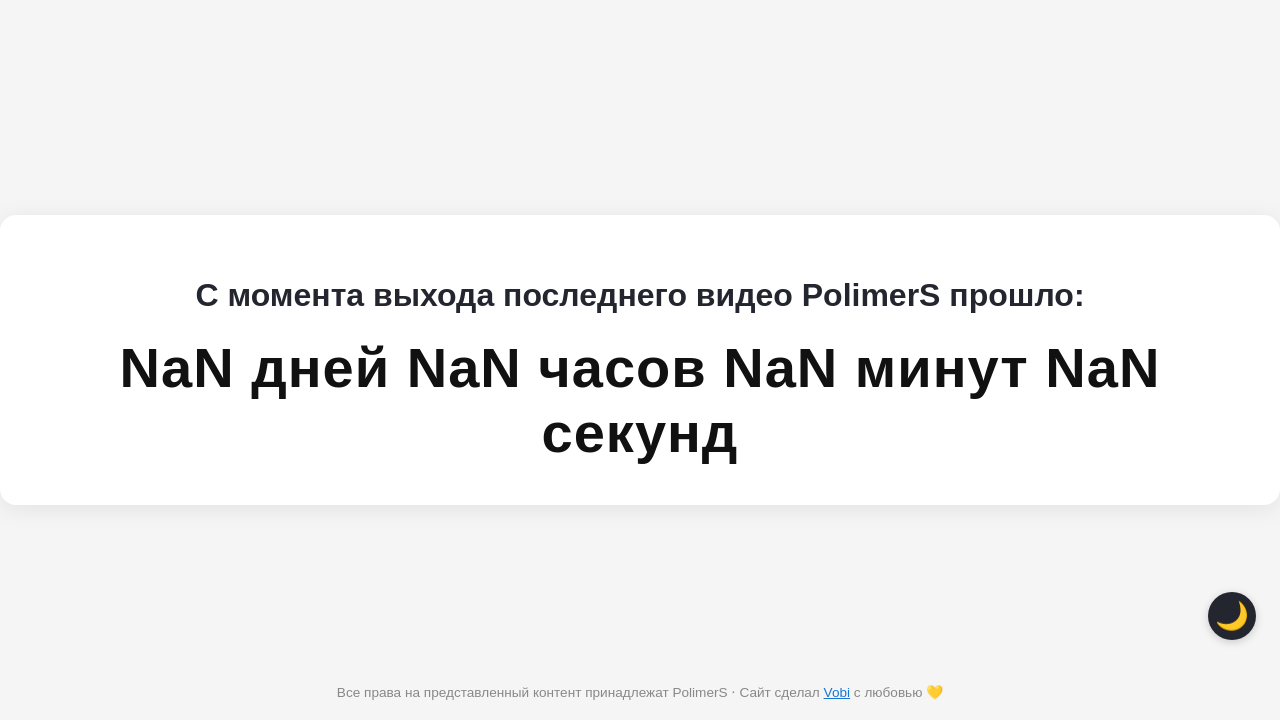
Repository: oncube-dev/OnCube-dev_website
Page: timer_from_Poli_video/app/templates/index.html
These files come from the project's save history. The page is drawn as it stood at one moment and after the next save; the edit follows.
The browser window is 1280 px wide. The pictures show the whole page.

Above is the page before, as saved 2025-07-18 01:36:47.

### timer_from_Poli_video/app/templates/index.html
<!DOCTYPE html>
<html lang="ru">
<head>
    <meta charset="UTF-8">
    <title>Платон, когда видео?</title>
    <link rel="stylesheet" href="/static/style.css">
</head>
<body>
    <div class="timer-container">
        <h1>С момента выхода последнего видео PolimerS прошло:</h1>
        <div id="timer">Загрузка...</div>
    </div>
    <button id="theme-toggle" class="theme-toggle-btn" title="Переключить тему">🌙</button>
    <footer class="footer-note">
        Все права на представленный контент принадлежат PolimerS ⋅ Сайт сделал <a href="https://vobi.bio.link/" target="_blank" style="text-decoration:underline;">Vobi</a> с любовью 💛
    </footer>
    <script>
        // Получаем стартовую дату из шаблона
        const startDate = new Date("{{ start_date }}");
        function updateTimer() {
            const now = new Date();
            let diff = now - startDate;
            if (diff < 0) diff = 0;
            let seconds = Math.floor(diff / 1000);
            const days = Math.floor(seconds / (24 * 3600));
            seconds %= 24 * 3600;
            const hours = Math.floor(seconds / 3600);
            seconds %= 3600;
            const minutes = Math.floor(seconds / 60);
            seconds %= 60;
            document.getElementById('timer').textContent = `${days} дней ${hours} часов ${minutes} минут ${seconds} секунд`;
        }
        setInterval(updateTimer, 1000);
        updateTimer();

        // --- Theme toggle ---
        const toggleBtn = document.getElementById('theme-toggle');
        const darkClass = 'dark-theme';
        function setTheme(isDark) {
            if (isDark) {
                document.body.classList.add(darkClass);
                toggleBtn.textContent = '☀️';
            } else {
                document.body.classList.remove(darkClass);
                toggleBtn.textContent = '🌙';
            }
        }
        // Сохраняем выбор темы
        let isDark = localStorage.getItem('theme') === 'dark';
        setTheme(isDark);
        toggleBtn.onclick = () => {
            isDark = !isDark;
            setTheme(isDark);
            localStorage.setItem('theme', isDark ? 'dark' : 'light');
        };
    </script>
</body>
</html>

### timer_from_Poli_video/app/static/style.css
body {
    background: #181a20;
    color: #f1f1f1;
    font-family: Arial, sans-serif;
    margin: 0;
    padding: 0;
    height: 100vh;
    display: flex;
    align-items: center;
    justify-content: center;
}

.timer-container {
    background: #23262f;
    padding: 40px 60px;
    border-radius: 16px;
    box-shadow: 0 4px 24px rgba(0,0,0,0.32);
    text-align: center;
    color: #f1f1f1;
}

.timer-container h1 {
    font-size: 2rem;
    font-weight: bold;
    color: #f1f1f1;
}

#timer {
    font-size: 3.5rem;
    font-weight: bold;
    margin-top: 8px;
    color: #111;
    letter-spacing: 1px;
}

.footer-note {
    font-size: 0.85rem;
    color: #aaa;
    text-align: center;
    position: fixed;
    left: 0;
    width: 100vw;
    bottom: 20px;
    margin: 0;
    z-index: 100;
    box-sizing: border-box;
}

.footer-note a {
    color: #339cff;
    text-decoration: underline;
}

/* Кнопка переключения темы */
.theme-toggle-btn {
    position: fixed;
    right: 24px;
    bottom: 80px;
    z-index: 200;
    background: #23262f;
    color: #ffe066;
    border: none;
    border-radius: 50%;
    width: 48px;
    height: 48px;
    font-size: 1.7rem;
    cursor: pointer;
    box-shadow: 0 2px 8px rgba(0,0,0,0.18);
    transition: background 0.2s, color 0.2s;
}
.theme-toggle-btn:hover {
    background: #ffe066;
    color: #23262f;
}

/* Светлая тема по умолчанию */
body {
    background: #f5f5f5;
    color: #23262f;
}
.timer-container {
    background: #fff;
    color: #23262f;
    box-shadow: 0 4px 24px rgba(0,0,0,0.08);
}
.timer-container h1 {
    color: #23262f;
}
#timer {
    color: #111;
}
.footer-note {
    color: #888;
}
.footer-note a {
    color: #1976d2;
}

/* Тёмная тема */
body.dark-theme {
    background: #181a20;
    color: #f1f1f1;
}
.dark-theme .timer-container {
    background: #23262f;
    color: #f1f1f1;
    box-shadow: 0 4px 24px rgba(0,0,0,0.32);
}
.dark-theme .timer-container h1 {
    color: #f1f1f1;
}
.dark-theme #timer {
    color: #fff;
}
.dark-theme .footer-note {
    color: #aaa;
}
.dark-theme .footer-note a {
    color: #339cff;
}
.dark-theme .theme-toggle-btn {
    background: #fff;
    color: #23262f;
}
.dark-theme .theme-toggle-btn:hover {
    background: #23262f;
    color: #ffe066;
}

After the next save:
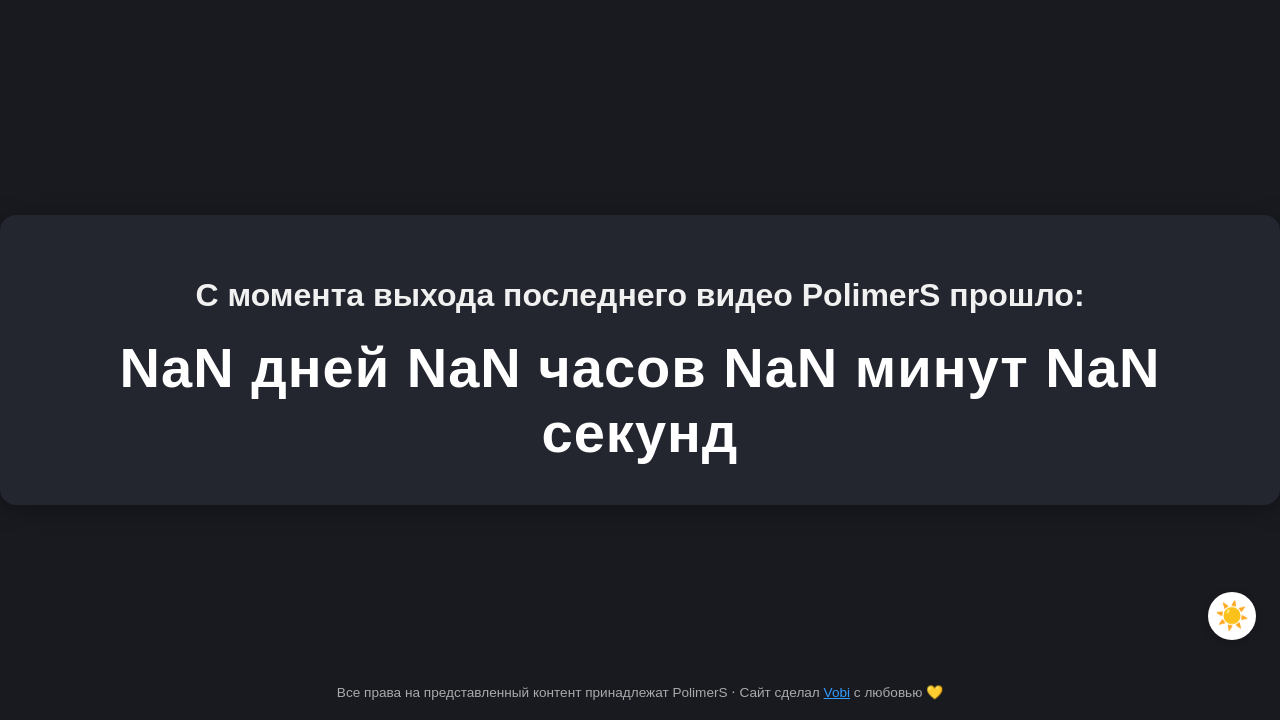
Saved 92 s later.
--- a/timer_from_Poli_video/app/templates/index.html
+++ b/timer_from_Poli_video/app/templates/index.html
@@ -46,7 +46,8 @@
             }
         }
         // Сохраняем выбор темы
-        let isDark = localStorage.getItem('theme') === 'dark';
+        let themePref = localStorage.getItem('theme');
+        let isDark = themePref === null ? true : themePref === 'dark';
         setTheme(isDark);
         toggleBtn.onclick = () => {
             isDark = !isDark;
